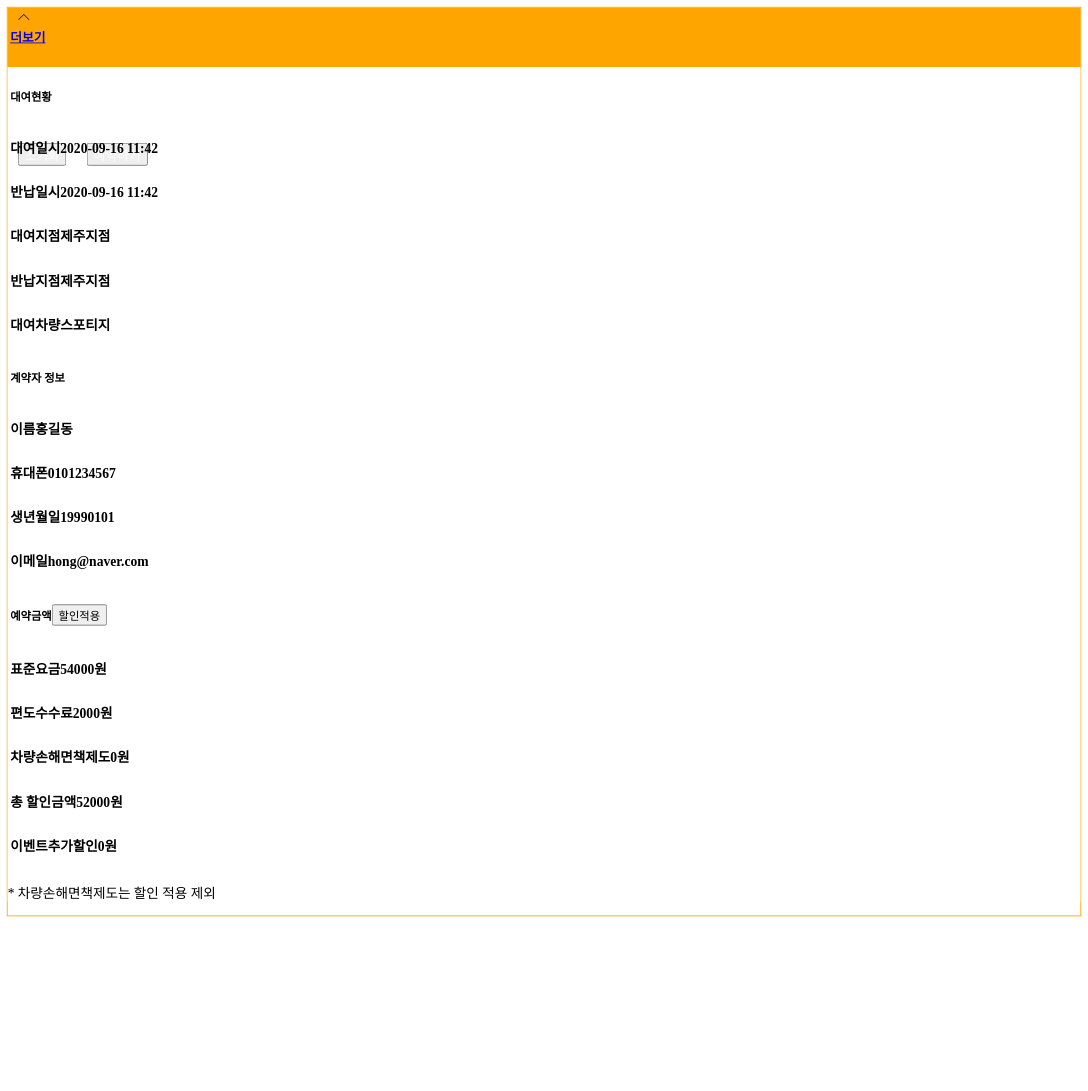
Repository: hyebinkim00/Project
Page: http://localhost/jsp/long_lent_oldcar/shortTerm_navbar.jsp
The author's editor kept a copy of each file at every save. The page is drawn from the files as they stood at one save, then again after the next save.
The browser window is 1280 px wide. The pictures show the whole page, at 85% of full size.
The page is served by Tomcat 9.

Above is the page before, as saved 2020-09-16 05:47:45.

After the next save:
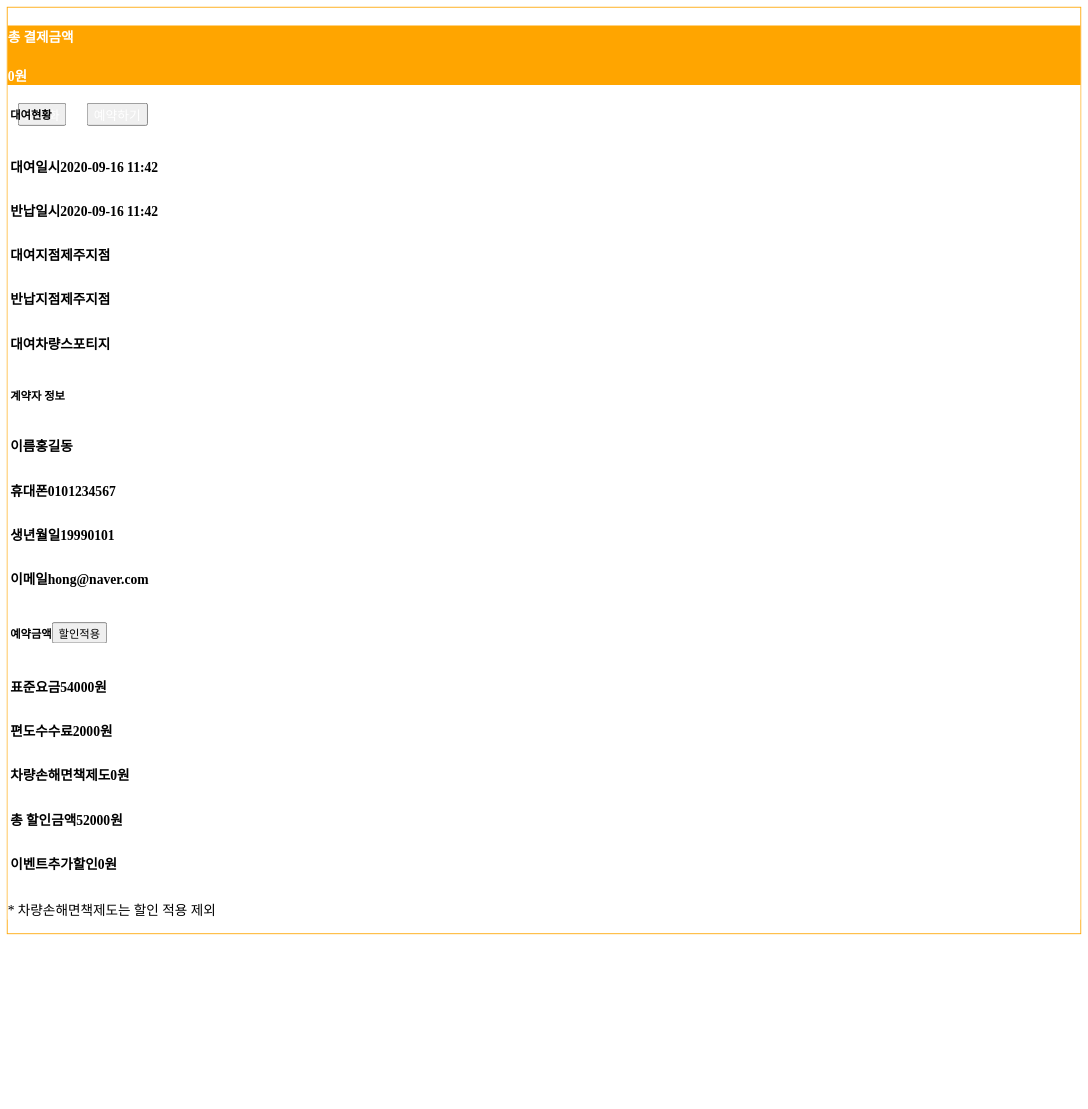
Saved 29 min 26 s later.
--- a/jsp/WebContent/long_lent_oldcar/shortTerm_navbar.jsp
+++ b/jsp/WebContent/long_lent_oldcar/shortTerm_navbar.jsp
@@ -17,21 +17,7 @@ function discount_window(){
     <div class="row card" style="background-color: orange;">
         <!-- <a class="card-link" data-toggle="collapse" href="#collapsebar"> -->
        		   <nav class="container navbar navbar-expand-sm navbar-dark bottom" style="height: 70px;">
-  				<div class="col-sm-1">
-					  <table id="more">
-					 	<tr>
-			 			 <td id="more_more">
-			  				<a class="row navbar-brand" href="#">
-							<svg style="height: 50%;" width="2em" height="1em" viewBox="0 0 16 16" class="bi bi-chevron-up" fill="currentColor" xmlns="http://www.w3.org/2000/svg">
-							<path fill-rule="evenodd" d="M7.646 4.646a.5.5 0 0 1 .708 0l6 6a.5.5 0 0 1-.708.708L8 5.707l-5.646 5.647a.5.5 0 0 1-.708-.708l6-6z"/>
-							</svg>
-							<br>
-							<b style="font-size: 15px;">더보기</b>
-			  				</a>
-						</td>
-					   </tr>
-					</table>
-				</div>
+
 				<div class="col-sm-8" style="color: white;">
 				<div class="row">
 				<h4 class="col">총 결제금액</h4><h4 class="float-right">0원</h4>
